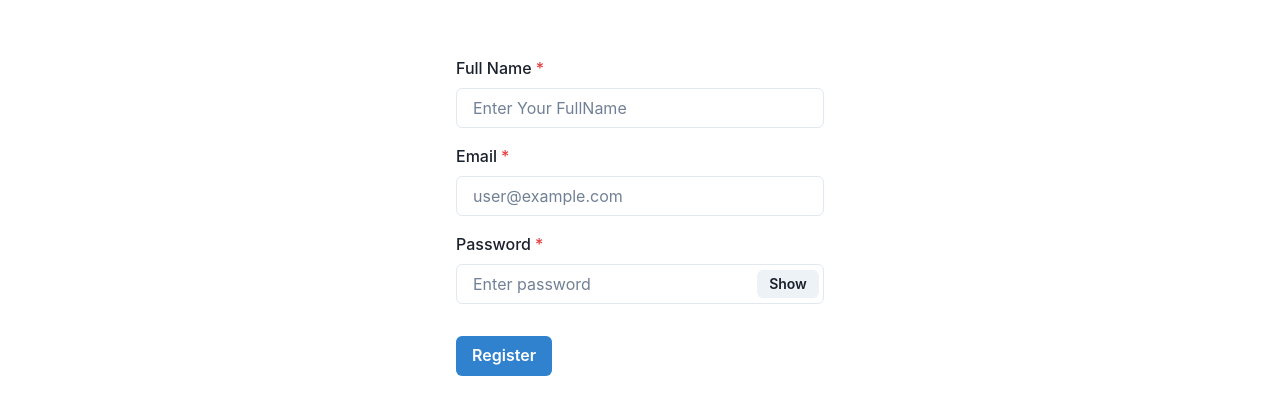
Repository: Abhi2359/chakra_form_validation
Page: / (app in reg_form/)
The author's editor kept a copy of each file at every save. The page is drawn from the files as they stood at one save, then again after the next save.
The browser window is 1280 px wide. The pictures show the whole page.
The project was rebuilt for these pictures with package versions that can differ from the ones it lists, and the page was loaded fresh each time. Also part of the build but not shown: reg_form/vite.config.js.

Above is the page before, as saved 2023-08-11 19:10:25.

After the next save:
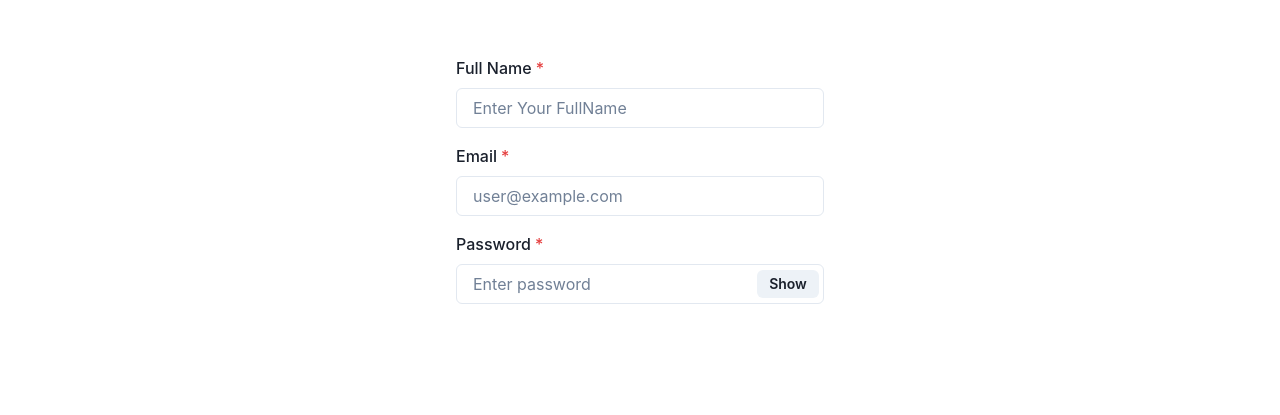
Saved 2 min 2 s later.
--- a/reg_form/src/RegisterationForm.jsx
+++ b/reg_form/src/RegisterationForm.jsx
@@ -152,16 +152,7 @@
           </Text>
         )}
       </FormControl>
-      <Button
 
-        colorScheme={isFormValid ? "green" : "blue"}
-        my="4"
-        _disabled={{ opacity: 0.7, cursor: "not-allowed" }}
-        _hover={{ transform: "scale(1.05)" }}
-        _active={{ transform: "scale(0.95)" }}
-      >
-        Register
-      </Button>
     </Box>
   );
 }
